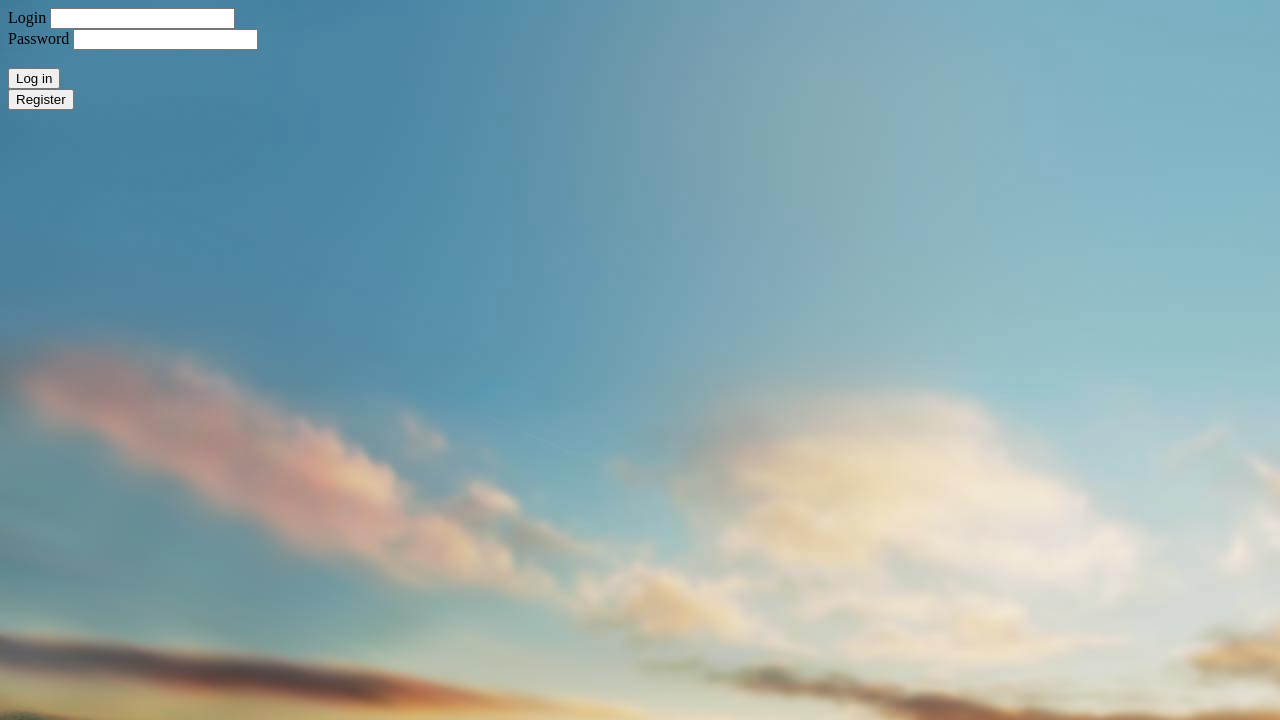
Repository: zlenyk/wrzucak
Page: http://localhost/Shop/index.html
These files come from the project's save history. The page is drawn as it stood at one moment and after the next save; the edit follows.
The browser window is 1280 px wide. The pictures show the whole page.
The page is served by Tomcat 9.

Above is the page before, as saved 2013-09-24 10:30:33.

After the next save:
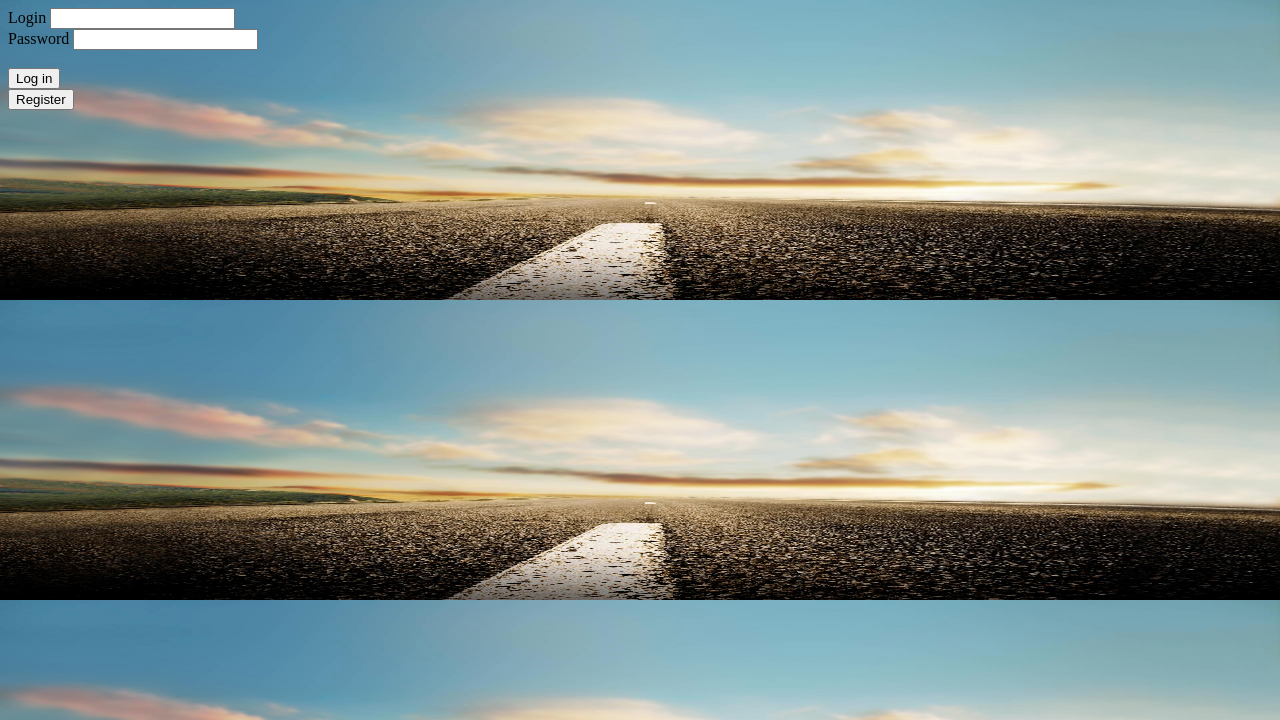
Saved 6 s later.
--- a/Shop/WebContent/style.css
+++ b/Shop/WebContent/style.css
@@ -2,7 +2,7 @@
 
 body {
 	background-image:url("images/running_background.jpg");
-	background-size:100% 300;
+	background-size:100% 300px;
 }
 ul, ul li {
 	display: block;
